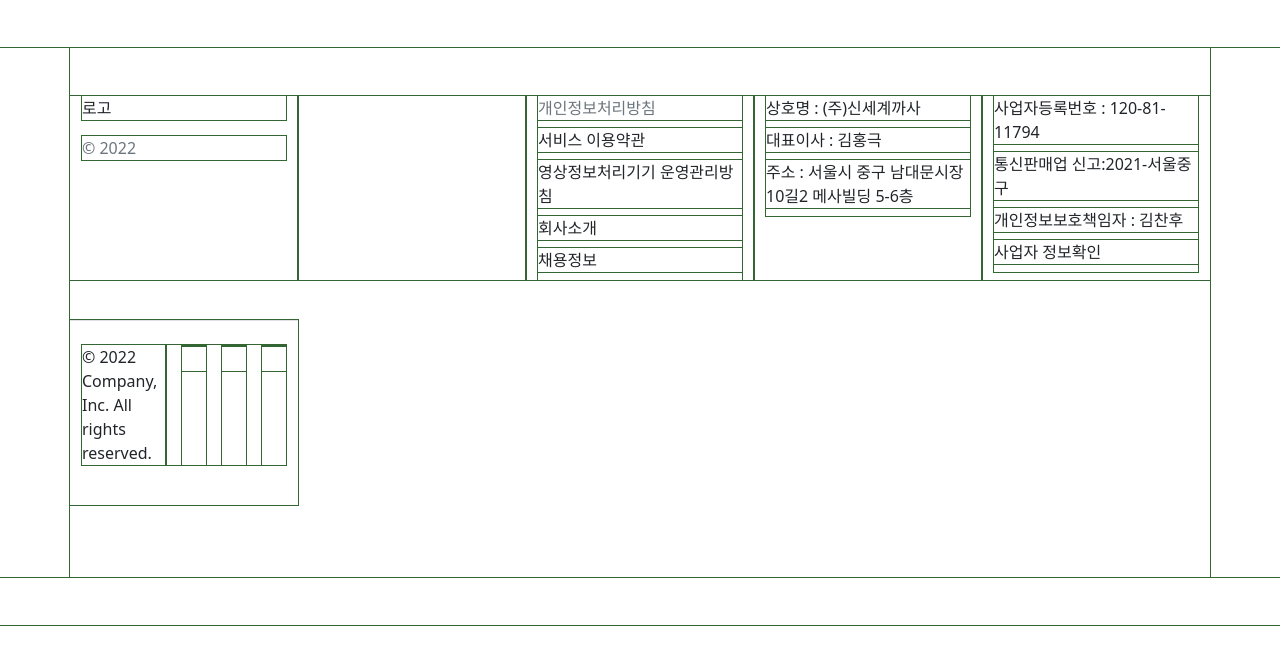
Repository: raoniee/Elice-House-Project
Page: FE/src/components/footer/footer.html
An editor plug-in stored every save of this project. The page is shown before and after the next save, followed by the edit.
The browser window is 1280 px wide. The pictures show the whole page.

Above is the page before, as saved 2023-07-04 16:58:19.

### FE/src/components/footer/footer.html
<!DOCTYPE html>
<html lang="ko">
  <head>
    <meta charset="UTF-8" />
    <meta http-equiv="X-UA-Compatible" content="IE=edge" />
    <meta name="viewport" content="width=device-width, initial-scale=1.0" />
    <title>Elice-House</title>
    <link
      href="https://cdn.jsdelivr.net/npm/bootstrap@5.2.3/dist/css/bootstrap.min.css"
      rel="stylesheet"
      integrity="sha384-rbsA2VBKQhggwzxH7pPCaAqO46MgnOM80zW1RWuH61DGLwZJEdK2Kadq2F9CUG65"
      crossorigin="anonymous"
    />
    <style>
      * {
        outline: 1px solid #363;
      }
    </style>
  </head>
  <body>
    <div class="container">
      <footer class="row row-cols-1 row-cols-sm-2 row-cols-md-5 py-5 my-5">
        <div class="col mb-3">
          <a
            href="/"
            class="d-flex align-items-center mb-3 link-dark text-decoration-none"
          >
            로고
          </a>
          <p class="text-muted">&copy; 2022</p>
        </div>

        <div class="col mb-3"></div>

        <div class="col mb-3">
          <ul class="nav flex-column">
            <li class="nav-item mb-2 text-muted">개인정보처리방침</li>
            <li class="nav-item mb-2">서비스 이용약관</li>
            <li class="nav-item mb-2">영상정보처리기기 운영관리방침</li>
            <li class="nav-item mb-2">회사소개</li>
            <li class="nav-item mb-2">채용정보</li>
          </ul>
        </div>

        <div class="col mb-3">
          <ul class="nav flex-column">
            <li class="nav-item mb-2">상호명 : (주)신세계까사</li>
            <li class="nav-item mb-2">대표이사 : 김홍극</li>
            <li class="nav-item mb-2">
              주소 : 서울시 중구 남대문시장10길2 메사빌딩 5-6층
            </li>
          </ul>
        </div>

        <div class="col mb-3">
          <ul class="nav flex-column">
            <li class="nav-item mb-2">사업자등록번호 : 120-81-11794</li>
            <li class="nav-item mb-2">통신판매업 신고:2021-서울중구</li>
            <li class="nav-item mb-2">개인정보보호책임자 : 김찬후</li>
            <li class="nav-item mb-2">사업자 정보확인</li>
          </ul>
        </div>

        <div
          class="d-flex flex-column flex-sm-row justify-content-between py-4 my-4 border-top"
        >
          <p>&copy; 2022 Company, Inc. All rights reserved.</p>
          <ul class="list-unstyled d-flex">
            <li class="ms-3">
              <a class="link-dark" href="#"
                ><svg class="bi" width="24" height="24">
                  <use xlink:href="#twitter" /></svg
              ></a>
            </li>
            <li class="ms-3">
              <a class="link-dark" href="#"
                ><svg class="bi" width="24" height="24">
                  <use xlink:href="#instagram" /></svg
              ></a>
            </li>
            <li class="ms-3">
              <a class="link-dark" href="#"
                ><svg class="bi" width="24" height="24">
                  <use xlink:href="#facebook" /></svg
              ></a>
            </li>
          </ul>
        </div>
      </footer>
    </div>

    <script
      src="https://cdn.jsdelivr.net/npm/bootstrap@5.2.3/dist/js/bootstrap.bundle.min.js"
      integrity="sha384-kenU1KFdBIe4zVF0s0G1M5b4hcpxyD9F7jL+jjXkk+Q2h455rYXK/7HAuoJl+0I4"
      crossorigin="anonymous"
    ></script>
  </body>
</html>

After the next save:
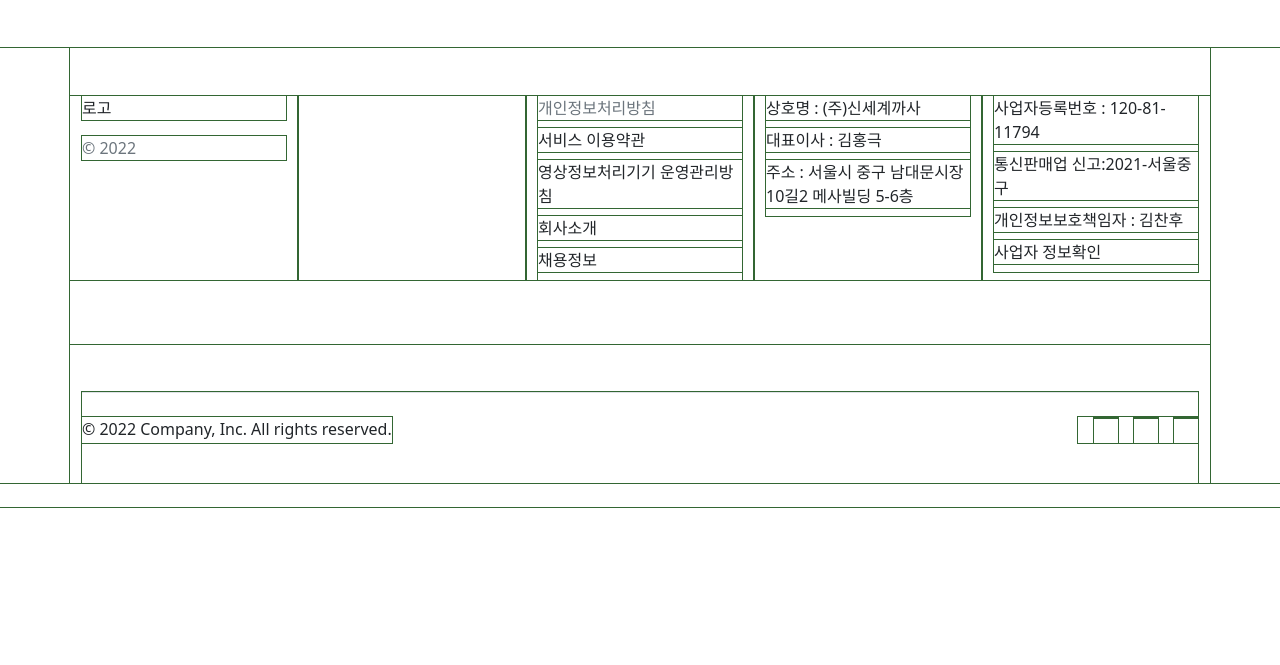
Saved 58 s later.
--- a/FE/src/components/footer/footer.html
+++ b/FE/src/components/footer/footer.html
@@ -60,33 +60,32 @@
             <li class="nav-item mb-2">사업자 정보확인</li>
           </ul>
         </div>
-
-        <div
-          class="d-flex flex-column flex-sm-row justify-content-between py-4 my-4 border-top"
-        >
-          <p>&copy; 2022 Company, Inc. All rights reserved.</p>
-          <ul class="list-unstyled d-flex">
-            <li class="ms-3">
-              <a class="link-dark" href="#"
-                ><svg class="bi" width="24" height="24">
-                  <use xlink:href="#twitter" /></svg
-              ></a>
-            </li>
-            <li class="ms-3">
-              <a class="link-dark" href="#"
-                ><svg class="bi" width="24" height="24">
-                  <use xlink:href="#instagram" /></svg
-              ></a>
-            </li>
-            <li class="ms-3">
-              <a class="link-dark" href="#"
-                ><svg class="bi" width="24" height="24">
-                  <use xlink:href="#facebook" /></svg
-              ></a>
-            </li>
-          </ul>
-        </div>
       </footer>
+      <div
+        class="d-flex flex-column flex-sm-row justify-content-between py-4 my-4 border-top"
+      >
+        <p>&copy; 2022 Company, Inc. All rights reserved.</p>
+        <ul class="list-unstyled d-flex">
+          <li class="ms-3">
+            <a class="link-dark" href="#"
+              ><svg class="bi" width="24" height="24">
+                <use xlink:href="#twitter" /></svg
+            ></a>
+          </li>
+          <li class="ms-3">
+            <a class="link-dark" href="#"
+              ><svg class="bi" width="24" height="24">
+                <use xlink:href="#instagram" /></svg
+            ></a>
+          </li>
+          <li class="ms-3">
+            <a class="link-dark" href="#"
+              ><svg class="bi" width="24" height="24">
+                <use xlink:href="#facebook" /></svg
+            ></a>
+          </li>
+        </ul>
+      </div>
     </div>
 
     <script
